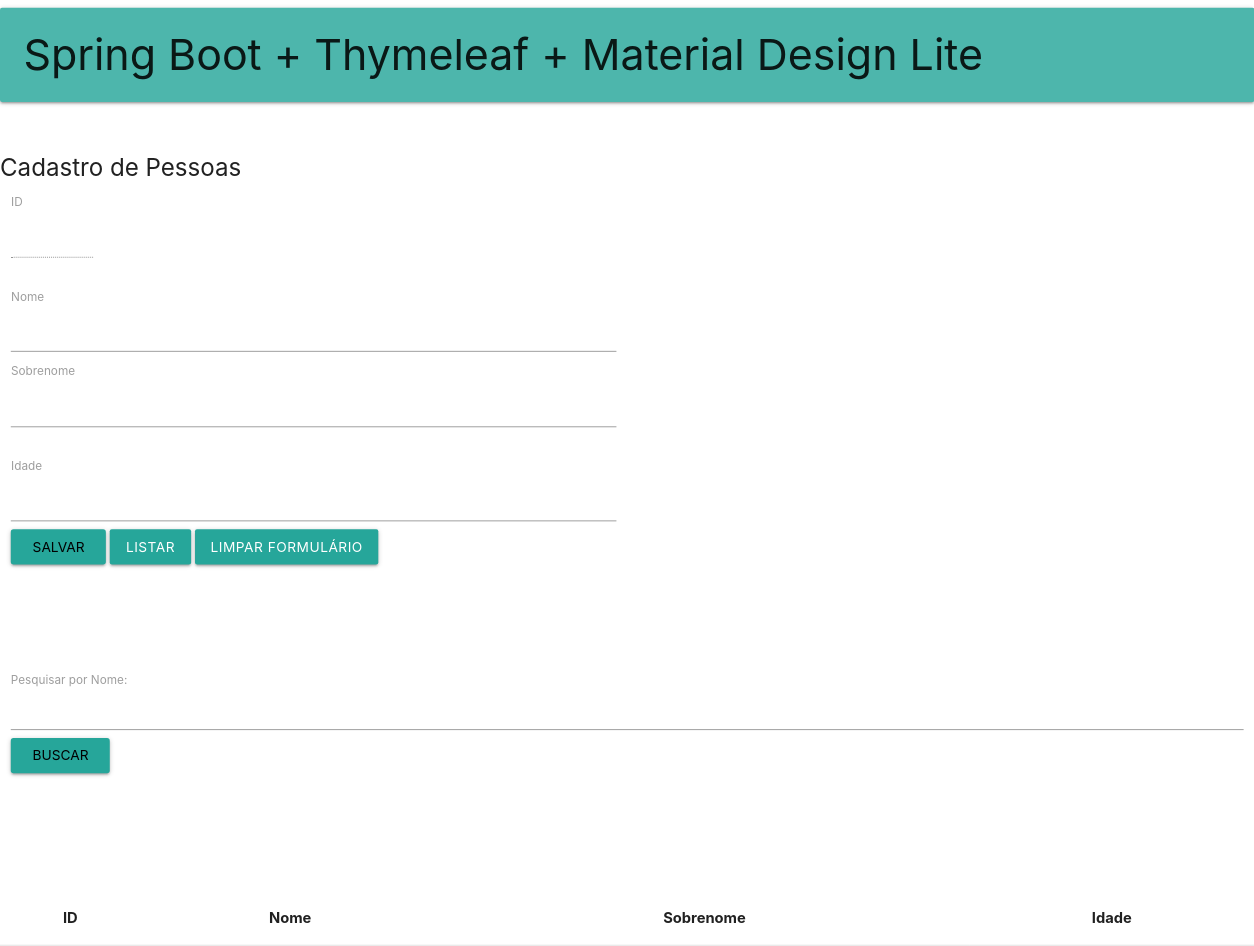
Repository: wendell-comp/Sistema-de-Gestao-de-Pessoas
Page: http://localhost/cadastro/cadastropessoa
The author's editor kept a copy of each file at every save. The page is drawn from the files as they stood at one save, then again after the next save.
The browser window is 1280 px wide. The pictures show the whole page, at 98% of full size.
The page is this project's Thymeleaf template; nobody is signed in. The template is opened directly, without the code that normally fills it, so the values that code supplies are empty.

Above is the page before, as saved 2021-02-09 20:01:01.

After the next save:
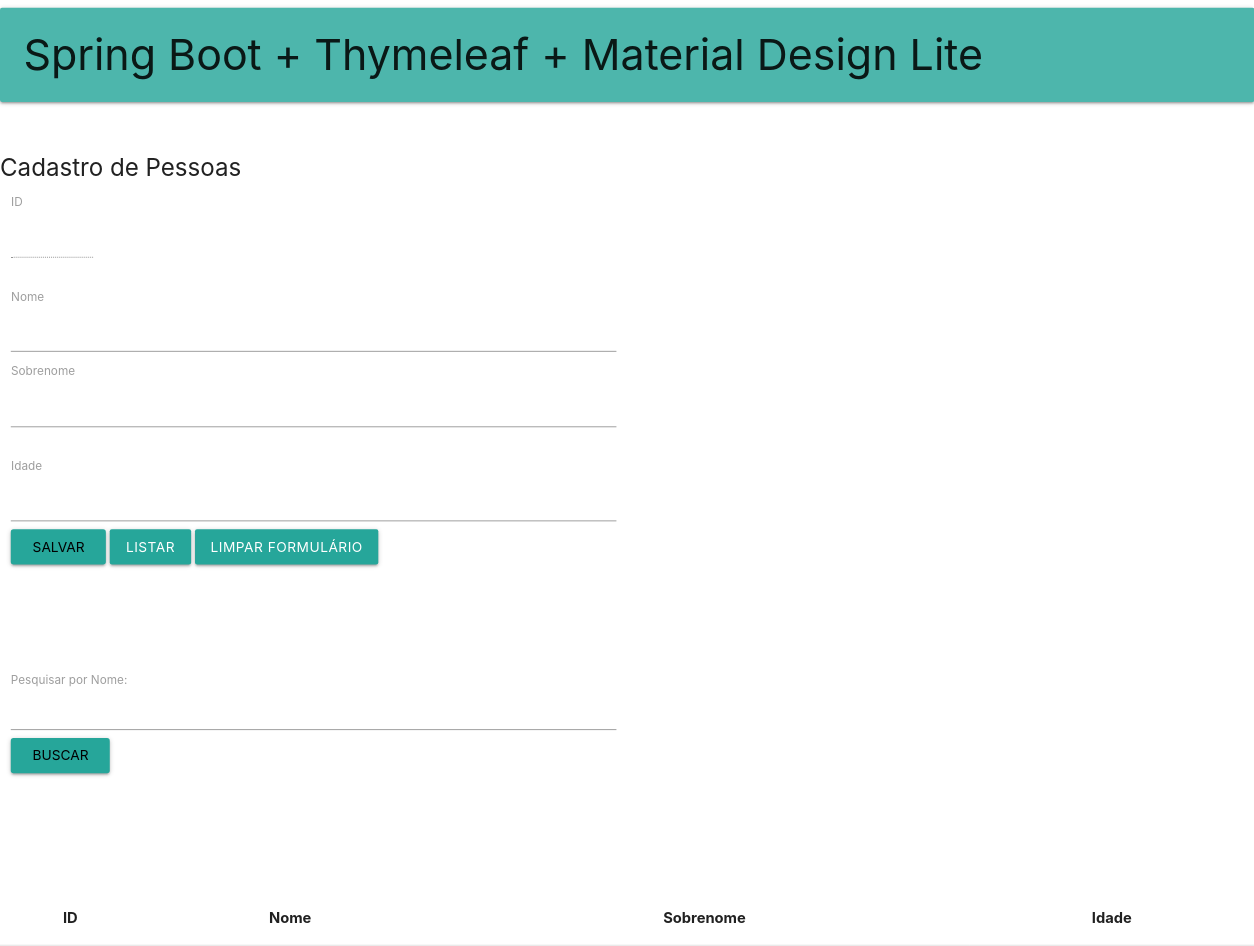
Saved 2 min 7 s later.
--- a/springboot/src/main/resources/templates/cadastro/cadastropessoa.html
+++ b/springboot/src/main/resources/templates/cadastro/cadastropessoa.html
@@ -62,7 +62,7 @@
 
 		<form action="pesquisarpessoa" method="post" class="col s12">
 			<div class="row">
-				<div class="input-field col s12">
+				<div class="input-field col s6">
 					<label for="nomepesquisa" class="active">Pesquisar por Nome: </label>
 					<input name="nomepesquisa" id="nomepesquisa" class="validate">
 					<input class="waves-effect waves-light btn" type="submit" value="Buscar">
